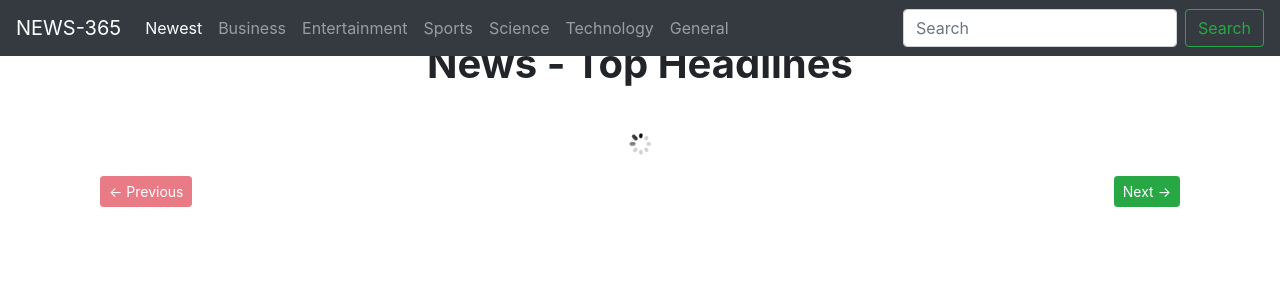
Repository: shah-zx/NewsApp
Page: /sports
An editor plug-in stored every save of this project. The page is shown before and after the next save, followed by the edit.
The browser window is 1280 px wide. The pictures show the whole page.
The page's requests for data from a server got no answer. Some web libraries are served in a nearby version. The project was rebuilt for these pictures with package versions that can differ from the ones it lists, and the page was loaded fresh each time. No one was signed in, and anything a server would have sent is missing. Also part of the build but not shown: src/components/NewsItem.js.

Above is the page before, as saved 2021-11-05 11:55:00.

### src/App.js
import './App.css';

import React, { Component } from 'react'
import Navbar from './components/Navbar'
import News from './components/News';
import {
  BrowserRouter as Router,
  Switch,
  Route,
  Link
} from 'react-router-dom'
export default class App extends Component {
  apiKey = process.env.REACT_APP_NEWS_API
  state = {
    progress: 0
  }
  render() {
    return (
      <div>
        <Router>
          <Navbar />
          <Route exact path="/"><News apiKey={this.apiKey} key="general" pageSize={6} country="in" category="general" /></Route>
          <Route exact path="/sports"><News apiKey={this.apiKey} key="sports" pageSize={6} country="in" category="sports" /></Route>
          <Route exact path="/science"><News apiKey={this.apiKey} key="science" pageSize={6} country="in" category="science" /></Route>
          <Route exact path="/technology"><News apiKey={this.apiKey} key="technology" pageSize={6} country="in" category="technology" /></Route>
          <Route exact path="/entertainment"><News apiKey={this.apiKey} key="entertainment" pageSize={6} country="in" category="entertainment" /></Route>
          <Route exact path="/health"><News apiKey={this.apiKey} key="health" pageSize={6} country="in" category="health" /></Route>
          <Route exact path="/business"><News apiKey={this.apiKey} key="business" pageSize={6} country="in" category="business" /></Route>
          <Route exact path="/general"><News apiKey={this.apiKey} key="general" pageSize={6} country="in" category="general" /></Route>
        </Router>
      </div>
    )
  }
}

### src/App.css
.App {
  text-align: center;
  background-color: rgb(190, 75, 212);
}

.App-logo {
  height: 40vmin;
  pointer-events: none;
}

@media (prefers-reduced-motion: no-preference) {
  .App-logo {
    animation: App-logo-spin infinite 20s linear;
  }
}

.App-header {
  background-color: #282c34;
  min-height: 100vh;
  display: flex;
  flex-direction: column;
  align-items: center;
  justify-content: center;
  font-size: calc(10px + 2vmin);
  color: white;
}

.App-link {
  color: #61dafb;
}

@keyframes App-logo-spin {
  from {
    transform: rotate(0deg);
  }
  to {
    transform: rotate(360deg);
  }
}

.text-center {
  margin-bottom: 1em;
  margin-top: 1em;
  font-weight: 700;

}

### src/components/Navbar.js
import React, { Component } from 'react'
import PropTypes from 'prop-types'
import { Link } from 'react-router-dom'

const Navbar = () => {

   // https://hn-s.herokuapp.com/education  // guruji

    return (
      <nav className="navbar fixed-top navbar-expand-lg navbar-dark bg-dark">
        <Link className="navbar-brand" to="/">NEWS-365</Link>
        <button className="navbar-toggler" type="button" data-toggle="collapse" data-target="#navbarSupportedContent" aria-controls="navbarSupportedContent" aria-expanded="false" aria-label="Toggle navigation">
          <span className="navbar-toggler-icon"></span>
        </button>

        <div className="collapse navbar-collapse" id="navbarSupportedContent">
          <ul className="navbar-nav mr-auto">
            <li className="nav-item active">
              <Link className="nav-link" to="#">Newest<span className="sr-only">(current)</span></Link>
            </li>
            <li className="nav-item">
              <Link className="nav-link" to="/Business">Business</Link>
            </li> <li className="nav-item">
              <Link className="nav-link" to="/Entertainment">Entertainment</Link>
            </li> <li className="nav-item">
              <Link className="nav-link" to="/Sports">Sports</Link>
            </li> <li className="nav-item">
              <Link className="nav-link" to="/Science">Science</Link>
            </li> <li className="nav-item">
              <Link className="nav-link" to="/Technology">Technology</Link>
            </li> <li className="nav-item">
              <Link className="nav-link" to="/General">General</Link>
            </li>
          </ul>
          <form className="form-inline my-2 my-lg-0">
            <input className="form-control mr-sm-2" type="search" placeholder="Search" aria-label="Search" />
            <button className="btn btn-outline-success my-2 my-sm-0" type="submit">Search</button>
          </form>
        </div>
      </nav>
    )


}

export default Navbar

### src/components/News.js
import React, { Component } from 'react'
import NewsItem from './NewsItem'
import Spinner from './Spinner'
import PropTypes from 'prop-types'
export class News extends Component {

// These are the default proptypes for class components //

static defaultProps = {
    country : 'in' ,
    pageSize : 9 ,
    category : 'general'
}

static propTypes = {
    country : PropTypes.string,
    pageSize : PropTypes.number ,
    category : PropTypes.string
}



    // These are the state updates for the functional based components //

//    const [articles , setArtices] = useState([])
//    const [loading , setLoading] = useState(true)
//    const [page , setPage] = useState(1)


    // This is our constructor : will construct the cards //
    constructor(props) {
        super(props);
        console.log("Hello i am a constructor ")
        this.state = {
            page : 1 ,
            articles: [],
            loading: true
        }

    }


    // Defining our event handlers //

    handlePrevClick = async () => {
        // console.log("previous");
        this.setState({
            page : this.state.page - 1, // Incrementing the page //
            // articles: parsedData.articles
        })
        let url = `https://newsapi.org/v2/top-headlines?country=${this.props.country}&category=${this.props.category}country=${this.props.country}&apiKey=6a6b787c519a4d56930d8ba4f5c08949&page=${this.state.page}&pageSize=${this.props.pageSize}`;
        this.setState({loading: true});
        let data = await fetch(url);   // Waiting for our URL to be fetched //
        let parsedData = await data.json()   // The data will be in the form of json //
        // console.log(parsedData) Just for demonstration //
        this.setState({
            // page : this.state.page - 1, // Incrementing the page //
            articles: parsedData.articles ,
            loading : false
        })


    }

    handleNextClick = async () => {
        // console.log("Next")
        this.setState({
            page : this.state.page + 1, // Incrementing the page //
            // articles: parsedData.articles
        })
        let url = `https://newsapi.org/v2/top-headlines?country=${this.props.country}&category=${this.props.category}&apikey=6a6b787c519a4d56930d8ba4f5c08949&page=${this.state.page}&pageSize=${this.props.pageSize}`;
        this.setState({loading:true})
        let data = await fetch(url);   // Waiting for our URL to be fetched //
        let parsedData = await data.json()   // The data will be in the form of json //
        // console.log(parsedData) Just for demonstration //
        this.setState({
            // page : this.state.page + 1, // Incrementing the page //
            articles: parsedData.articles ,
            loading: false
        })

    }




    async  componentDidMount() {  // This runs after render //   // Using the promise return here with the help of async and await //
        // console.log("cdm"); Just for demonstration purpose //
        let url = `https://newsapi.org/v2/top-headlines?country=${this.props.country}&category=${this.props.category}&apikey=6a6b787c519a4d56930d8ba4f5c08949&page=${this.state.page}&pageSize=${this.props.pageSize}`
        this.setState({loading: true})
        let data = await fetch(url)   // Waiting for our URL to be fetched //
        let parsedData = await data.json()   // The data will be in the form of json //
        // console.log(parsedData) Just for demonstration //
        console.log(parsedData);
        this.setState({
            // page : this.state.page ,
            articles: parsedData.articles ,
            loading : false
        })
    }

    render () {

       return (
            <div className="container my-3 ">
                <h1 className="text-center">News - Top Headlines</h1>
                {this.state.loading && <Spinner/>}
                <div className="row">
                    {!this.state.loading && this.state.articles.map((element) => {
                        return <div className="col-md-4">
                            <NewsItem  title={element.title?element.title:""} description={element.description?element.description: ""} Imageurl={element.urlToImage} Newsurl={element.url} author={element.author} date={element.publishedAt}/>
                        </div>
                    })}
                </div>
                <div className="container d-flex justify-content-between">
                <button disabled={this.state.page<=1} type="button" class="btn btn-sm btn-danger" onClick={this.handlePrevClick}> &larr; Previous</button>
                <button type="button" class="btn btn-sm btn-success" onClick = {this.handleNextClick}>Next &rarr; </button>
                </div>
            </div>



        )

                }
}

export default News




// business
// entertainment
// generalhealth
// science
// sports
// technology

### src/components/Spinner.js
import React, { Component } from 'react'
import loading from './loading.gif';
const Spinner = () => {
    return (
        <div className="text-center">
            <img src={loading} alt="loading" />
        </div>
    )

}
export default Spinner

Loaded but not shown: public/index.html (common file); src/index.js (common file); src/index.css (common file); src/reportWebVitals.js (common file)

After the next save:
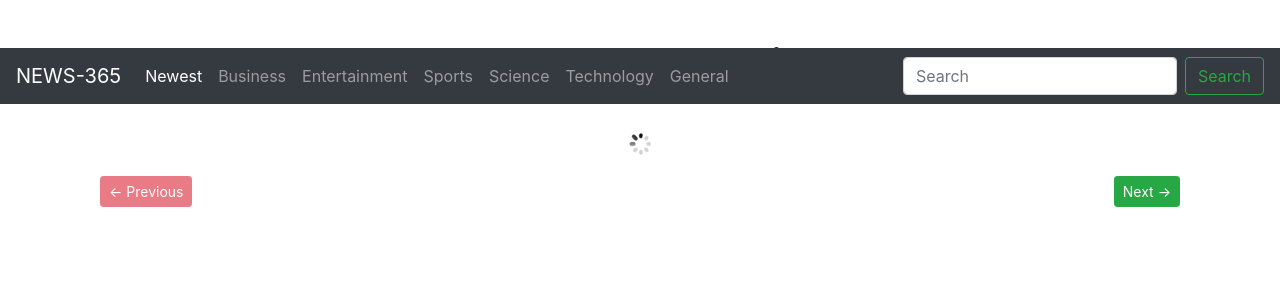
Saved 6 min 4 s later.
--- a/src/components/Navbar.js
+++ b/src/components/Navbar.js
@@ -7,7 +7,7 @@ const Navbar = () => {
    // https://hn-s.herokuapp.com/education  // guruji
 
     return (
-      <nav className="navbar fixed-top navbar-expand-lg navbar-dark bg-dark">
+      <nav className="navbar fixed-top navbar-expand-lg navbar-dark bg-dark" style = {{marginTop: "3em"}}>
         <Link className="navbar-brand" to="/">NEWS-365</Link>
         <button className="navbar-toggler" type="button" data-toggle="collapse" data-target="#navbarSupportedContent" aria-controls="navbarSupportedContent" aria-expanded="false" aria-label="Toggle navigation">
           <span className="navbar-toggler-icon"></span>
